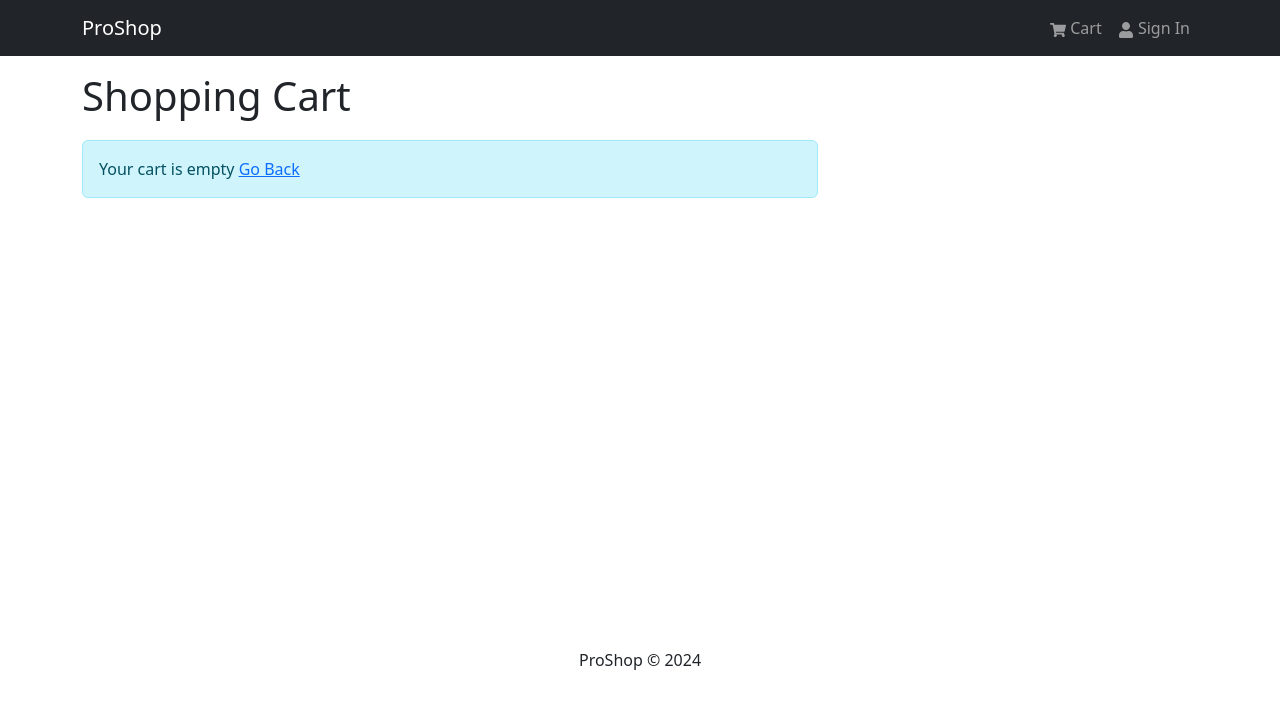
Repository: Lithium87/ProShop-v2
Page: /cart (app in frontend/)
An editor plug-in stored every save of this project. The page is shown before and after the next save, followed by the edit.
The browser window is 1280 px wide. The pictures show the whole page.
The project was rebuilt for these pictures with package versions that can differ from the ones it lists, and the page was loaded fresh each time. Also part of the build but not shown: frontend/src/components/Rating.js, frontend/src/components/Product.js, frontend/src/components/Loader.js, frontend/src/slices/productsApiSlice.js, frontend/src/screens/HomeScreen.js, frontend/src/screens/ProductScreen.js.

Above is the page before, as saved 2025-01-24 20:08:22.

### frontend/public/index.html
<!DOCTYPE html>
<html lang="en">

<head>
    <meta charset="utf-8" />
    <link rel="icon" href="%PUBLIC_URL%/favicon.ico" />
    <meta name="viewport" content="width=device-width, initial-scale=1" />
    <meta name="theme-color" content="#000000" />
    <meta name="description" content="Web site created using create-react-app" />
    <link rel="apple-touch-icon" href="%PUBLIC_URL%/logo192.png" />
    <!--
      manifest.json provides metadata used when your web app is installed on a
      user's mobile device or desktop. See https://developers.google.com/web/fundamentals/web-app-manifest/
    -->
    <link rel="manifest" href="%PUBLIC_URL%/manifest.json" />
    <!--
      Notice the use of %PUBLIC_URL% in the tags above.
      It will be replaced with the URL of the `public` folder during the build.
      Only files inside the `public` folder can be referenced from the HTML.

      Unlike "/favicon.ico" or "favicon.ico", "%PUBLIC_URL%/favicon.ico" will
      work correctly both with client-side routing and a non-root public URL.
      Learn how to configure a non-root public URL by running `npm run build`.
    -->
    <title>ProShop</title>
</head>

<body>
    <noscript>You need to enable JavaScript to run this app.</noscript>
    <div id="root"></div>
    <!--
      This HTML file is a template.
      If you open it directly in the browser, you will see an empty page.

      You can add webfonts, meta tags, or analytics to this file.
      The build step will place the bundled scripts into the <body> tag.

      To begin the development, run `npm start` or `yarn start`.
      To create a production bundle, use `npm run build` or `yarn build`.
    -->
</body>

</html>

### frontend/src/index.js
import React from 'react';
import ReactDOM from 'react-dom/client';
import {
  createBrowserRouter,
  createRoutesFromElements,
  Route,
  RouterProvider,
} from 'react-router-dom';
import {Provider} from 'react-redux';
import store from './store';
import 'bootstrap/dist/css/bootstrap.min.css';
import './index.css';
import App from './App';
import reportWebVitals from './reportWebVitals';
import HomeScreen from './screens/HomeScreen';
import ProductScreen from './screens/ProductScreen';
import CartScreen from './screens/CartScreen';

const router = createBrowserRouter (
  createRoutesFromElements (
    <Route path="/" element={<App />}>
      <Route index={true} path="/" element={<HomeScreen />} />
      <Route path="/product/:id" element={<ProductScreen />} />
      <Route path="/cart" element={<CartScreen />} />
    </Route>
  )
);

const root = ReactDOM.createRoot (document.getElementById ('root'));
root.render (
  <React.StrictMode>
    <Provider store={store}>
      <RouterProvider router={router} />
    </Provider>
  </React.StrictMode>
);

reportWebVitals ();

### frontend/src/store.js
import {configureStore} from '@reduxjs/toolkit';
import {apiSlice} from './slices/apiSlice';
import cartSliceReducer from './slices/cartSlice';

const store = configureStore ({
  reducer: {
    [apiSlice.reducerPath]: apiSlice.reducer,
    cart: cartSliceReducer,
  },
  middleware: getDefaultMiddleware =>
    getDefaultMiddleware ().concat (apiSlice.middleware),
  devTools: process.env.NODE_ENV !== 'production',
});

export default store;

### frontend/src/index.css
main {
    min-height: 80vh;
}

.rating span {
    margin: 0.1rem;
}

.rating svg {
    color: #f8e825;
}

.rating-text {
    font-size: 0.8rem;
    font-weight: 600;
    padding-left: 0.5rem;
}

.product-title {
    height: 2.5em;
    /* Set a fixed height */
    overflow: hidden;
    /* Hide overflow content */
    text-overflow: ellipsis;
    /* Add ellipsis for long text */
    white-space: nowrap;
    /* Prevent wrapping */
}

table td,
table th {
    text-align: center;
}

.review {
    margin-top: 30px;
}

.review h2 {
    font-size: 24px;
    background: #f4f4f4;
    padding: 10px;
    border: 1px solid #ddd;
}

.review button {
    margin-top: 10px;
}

.carousel-caption {
    position: absolute;
    width: 100%;
    left: 0;
    right: 0;
    bottom: 0;
    background: rgba(0, 0, 0, 0.5);
}

### frontend/src/App.js
import React from 'react';
import {Container} from 'react-bootstrap';
import Header from './components/Header';
import Footer from './components/Footer';
import {Outlet} from 'react-router-dom';

const App = () => {
  return (
    <React.Fragment>
      <Header />
      <main className="py-3">
        <Container>
          <Outlet />
        </Container>
      </main>
      <Footer />
    </React.Fragment>
  );
};

export default App;

### frontend/src/screens/CartScreen.js
import React from 'react';
import {Link, useNavigate} from 'react-router-dom';
import {useDispatch, useSelector} from 'react-redux';
import {Row, Col, ListGroup, Image, Form, Button, Card} from 'react-bootstrap';
import {FaTrash} from 'react-icons/fa';
import Message from '../components/Message';

const CartScreen = () => {
  const navigate = useNavigate ();

  const dispatch = useDispatch ();

  const cart = useSelector (state => state.cart);
  const {cartItems} = cart;

  return (
    <Row>
      <Col md={8}>
        <h1 style={{marginBottom: '20px'}}>Shopping Cart</h1>
        {cartItems.length === 0
          ? <Message>
              Your cart is empty <Link to="/">Go Back</Link>
            </Message>
          : <ListGroup variant="flush">
              {cartItems.map (item => (
                <ListGroup.Item key={item._id}>
                  <Row>
                    <Col md={2}>
                      <Image src={item.image} alt={item.name} fluid rounded />
                    </Col>
                    <Col md={3}>
                      <Link to={`/product/${item._id}`}>{item.name}</Link>
                    </Col>
                    <Col md={2}>
                      ${item.price}
                    </Col>
                    <Col md={2}>
                      <Form.Control as="select" value={item.qty}>
                        {[...Array (item.countInStock).keys ()].map (x => (
                          <option key={x + 1} value={x + 1}>
                            {x + 1}
                          </option>
                        ))}
                      </Form.Control>
                    </Col>
                    <Col md={2}>
                      <Button type="button" variant="light">
                        <FaTrash />
                      </Button>
                    </Col>
                  </Row>
                </ListGroup.Item>
              ))}
            </ListGroup>}
      </Col>
    </Row>
  );
};

export default CartScreen;

### frontend/src/slices/apiSlice.js
import {createApi, fetchBaseQuery} from '@reduxjs/toolkit/query/react';
import {BASE_URL} from '../constants';

const baseQuery = fetchBaseQuery ({baseUrl: BASE_URL});

export const apiSlice = createApi ({
  baseQuery,
  tagTypes: ['Product', 'Order', 'User'],
  endpoints: builder => ({}),
});

### frontend/src/slices/cartSlice.js
import {createSlice} from '@reduxjs/toolkit';
import {updateCart} from '../utils/cartUtils';

const initialState = localStorage.getItem ('cart')
  ? JSON.parse (localStorage.getItem ('cart'))
  : {cartItems: [], shippingAddress: {}, paymentMethod: 'PayPal'};

export const cartSlice = createSlice ({
  name: 'cart',
  initialState,
  reducers: {
    addToCart: (state, action) => {
      const item = action.payload;
      const existItem = state.cartItems.find (x => x._id === item._id);

      if (existItem) {
        state.cartItems = state.cartItems.map (
          x => (x._id === existItem._id ? item : x)
        );
      } else {
        state.cartItems = [...state.cartItems, item];
      }

      return updateCart (state);
    },
  },
});

export const {addToCart} = cartSlice.actions;

export default cartSlice.reducer;

### frontend/src/components/Header.js
import React from 'react';
import {Link} from 'react-router-dom';
import {Badge, Navbar, Nav, Container} from 'react-bootstrap';
import {useSelector} from 'react-redux';
import {FaShoppingCart, FaUser} from 'react-icons/fa';

const Header = () => {
  const {cartItems} = useSelector (state => state.cart);

  return (
    <header>
      <Navbar bg="dark" variant="dark" expand="lg" collapseOnSelect>
        <Container>
          <Navbar.Brand as={Link} to="/">ProShop</Navbar.Brand>
          <Navbar.Toggle aria-controls="basic-navbar-nav" />
          <Navbar.Collapse id="basic-navbar-nav">
            <Nav className="ms-auto">
              <Nav.Link as={Link} to="/cart">
                <FaShoppingCart /> Cart
                {cartItems.length > 0 &&
                  <Badge
                    bg="success"
                    className="ms-1"
                    pill
                    style={{
                      marginLeft: '5px',
                    }}
                  >
                    {cartItems.reduce ((acc, item) => acc + item.qty, 0)}
                  </Badge>}
              </Nav.Link>
              <Nav.Link as={Link} to="/login"><FaUser /> Sign In</Nav.Link>
            </Nav>
          </Navbar.Collapse>
        </Container>
      </Navbar>
    </header>
  );
};

export default Header;

### frontend/src/components/Footer.js
import React from 'react';
import {Container, Row, Col} from 'react-bootstrap';

const Footer = () => {
  const currentYear = new Date ().getFullYear ();

  return (
    <footer>
      <Container>
        <Row>
          <Col className="text-center py-3">
            <p>ProShop &copy; {currentYear}</p>
          </Col>
        </Row>
      </Container>
    </footer>
  );
};

export default Footer;

### frontend/src/components/Message.js
import React from 'react';
import {Alert} from 'react-bootstrap';

const Message = ({variant, children}) => {
  return (
    <Alert variant={variant}>
      {children}
    </Alert>
  );
};

Message.defaultProps = {
  variant: 'info',
};

export default Message;

### frontend/src/constants.js
// export const BASE_URL = process.env.NODE_ENV === 'development'
//   ? 'http://localhost:5000'
//   : '';
export const BASE_URL = ''; // If you are using a proxy, leave this as an empty string
export const PRODUCTS_URL = '/api/products';
export const USERS_URL = '/api/users';
export const ORDERS_URL = '/api/orders';
export const PAYPAL_URL = '/api/config/paypal';

### frontend/src/utils/cartUtils.js
export const addDecimals = num => (Math.round (num * 100) / 100).toFixed (2);

export const updateCart = state => {
  // Calculate items price
  state.itemsPrice = addDecimals (
    state.cartItems.reduce ((acc, item) => acc + item.price * item.qty, 0)
  );

  // Calculate shipping price (free shipping if items price > 100)
  state.shippingPrice = addDecimals (state.itemsPrice > 100 ? 0 : 10);

  // Calculate tax price (15% tax)
  state.taxPrice = addDecimals (Number ((0.15 * state.itemsPrice).toFixed (2)));

  // Calculate total price
  state.totalPrice = (Number (state.itemsPrice) +
    Number (state.shippingPrice) +
    Number (state.taxPrice)).toFixed (2);

  localStorage.setItem ('cart', JSON.stringify (state));

  return state;
};

Loaded but not shown: frontend/src/reportWebVitals.js (common file)

After the next save:
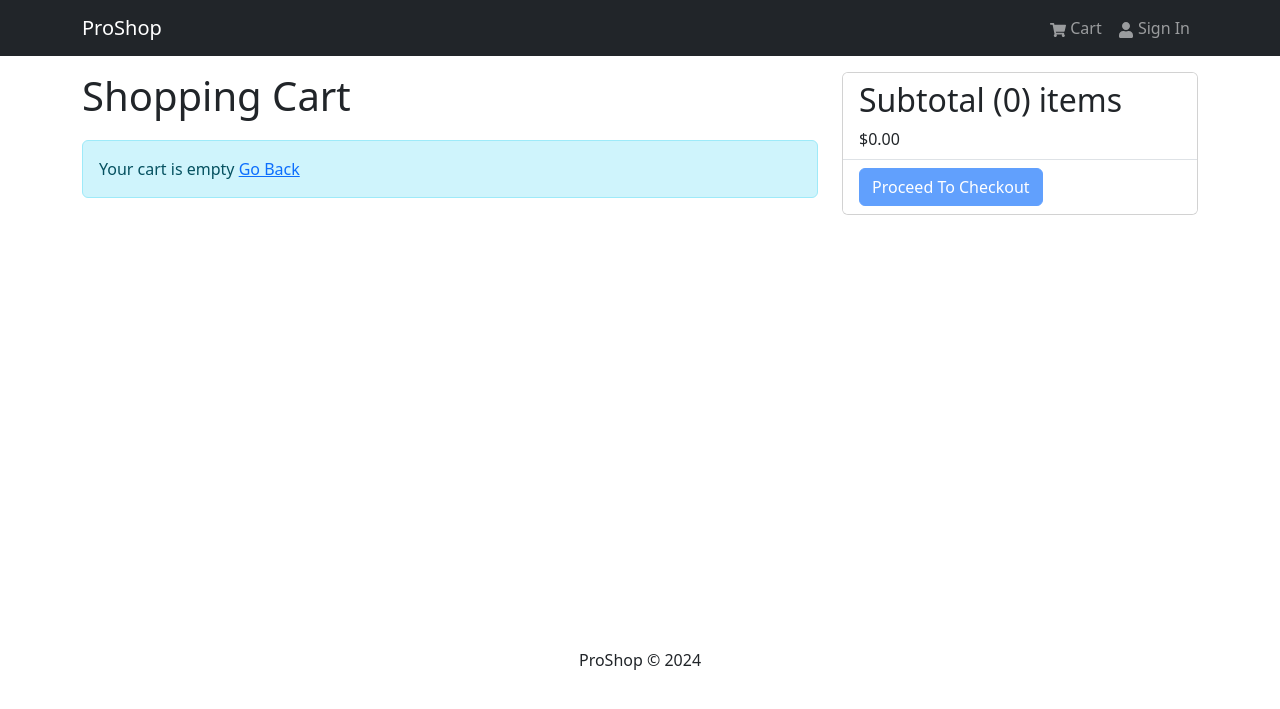
Saved 35 min 35 s later.
--- a/frontend/src/screens/CartScreen.js
+++ b/frontend/src/screens/CartScreen.js
@@ -53,6 +53,31 @@
               ))}
             </ListGroup>}
       </Col>
+      <Col md={4}>
+        <Card>
+          <ListGroup variant="flush">
+            <ListGroup.Item>
+              <h2>
+                Subtotal ({cartItems.reduce ((acc, item) => acc + item.qty, 0)})
+                items
+              </h2>
+              $
+              {cartItems
+                .reduce ((acc, item) => acc + item.qty * item.price, 0)
+                .toFixed (2)}
+            </ListGroup.Item>
+            <ListGroup.Item>
+              <Button
+                type="button"
+                className="btn-block"
+                disabled={cartItems.length === 0}
+              >
+                Proceed To Checkout
+              </Button>
+            </ListGroup.Item>
+          </ListGroup>
+        </Card>
+      </Col>
     </Row>
   );
 };
